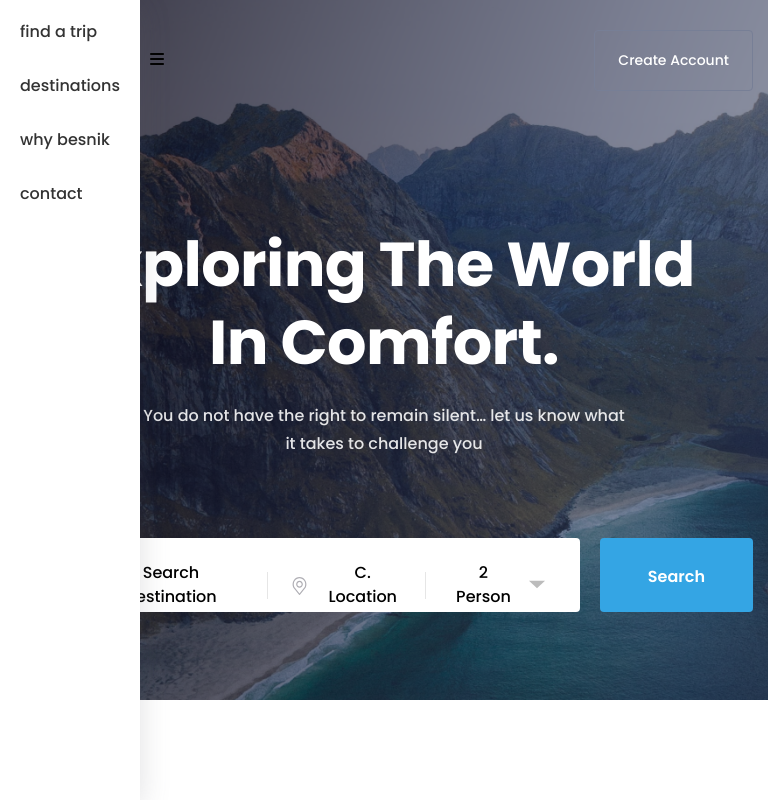
Repository: hoang0508/LandingPage-CodeTravel2
Page: index.html
These files come from the project's save history. The page is drawn as it stood at one moment and after the next save; the edit follows.
The browser window is 768 px wide. The pictures show the whole page.
Some web libraries are served in a nearby version. The style sheet was rebuilt from its Sass, Less or Tailwind sources for each picture, by a compiler version that may differ from the author's.

Above is the page before, as saved 2022-09-16 14:10:43.

### index.html
<!DOCTYPE html>
<html lang="en">
  <head>
    <meta charset="UTF-8" />
    <meta http-equiv="X-UA-Compatible" content="IE=edge" />
    <meta name="viewport" content="width=device-width, initial-scale=1.0" />
    <title>Travale LandingPage</title>
    <link rel="stylesheet" href="https://cdnjs.cloudflare.com/ajax/libs/font-awesome/4.7.0/css/font-awesome.css">
    <link rel="stylesheet" href="./css/style.css" />
  </head>
  <body>
    <div class="wrapper">
      <!-- HEADER -->
      <header class="header">
        <div class="container">
          <div class="header-main">
            <div class="header-logo">
              <img src="./images/Logo.png" alt="Logo" />
            </div>
            <nav class="header-menu">
              <ul class="header-menu--list">
                <li class="header-menu--item">
                  <a href="#" class="header-menu--link">FIND A TRIP</a>
                </li>
                <li class="header-menu--item">
                  <a href="#" class="header-menu--link">DESTINATIONS</a>
                </li>
                <li class="header-menu--item">
                  <a href="#" class="header-menu--link">WHY BESNIK</a>
                </li>
                <li class="header-menu--item">
                  <a href="#" class="header-menu--link">CONTACT</a>
                </li>
              </ul>
              <div class="header-bar">
                <i class="fa-solid fa-bars"></i>
              </div>
            </nav>

            <div class="header-button">
              <button class="button button-acount">Create Account</button>
            </div>
          </div>

          <div class="header-content">
            <h1 class="header-content--title">
              Exploring The World In Comfort.
            </h1>
            <p class="header-content--desc">
              You do not have the right to remain silent… let us know what it
              takes to challenge you
            </p>
            <div class="header-form">
              <div class="header-content--form">
                <div class="form-down">
                  <div class="form-down--col">
                    <div class="form-down--icon">
                      <img src="./images/icon-search.svg" alt="" />
                    </div>
                    <div class="form-down--text form-down--text-border"></div>
                      <span class="form-down--text-txt">Search destination</span>
                    </div>
                  <div class="form-down--col">
                    <div class="form-down--icon">
                      <img src="./images/icon-loacation.svg" alt="" />
                    </div>
                    <span class="form-down--text form-down--text-location">C. Location</span>
                  </div>
                  <div class="form-down--col">
                    <span class="form-down--text">2 Person</span>
                    <div class="form-down--icon">
                      <img src="./images/icon-arrow.svg" alt="" />
                    </div>
                  </div>
                </div>
                </div>
                <button class="button button-search">Search</button>
              </div>
            </div>
          </div>
        </div>
      </header>
    </div>

    <script src="https://kit.fontawesome.com/6ddfb9b121.js" crossorigin="anonymous"></script>
  </body>
</html>

### sass/main.scss
@import "reset";
@import "variable";
@import "typography";
@import "base";
@import "global";
@import "header";

### sass/_reset.scss
*,
*::before,
*::after {
  box-sizing: border-box;
}
* {
  margin: 0;
  padding: 0;
  font: inherit;
}
body {
  line-height: 1.5;
}
img,
picture,
video,
canvas,
svg {
  display: block;
  max-width: 100%;
}
input,
button,
textarea,
select {
  outline: none;
}
p,
h1,
h2,
h3,
h4,
h5,
h6 {
  overflow-wrap: break-word;
}

a {
  text-decoration: none;
}

ul,
li {
  list-style: none;
}

### sass/_variable.scss
$text-white: #fff;
$primary-color: #34a5e4;
$border-gray: #e6e6e6;

### sass/_typography.scss
@font-face {
  font-family: "Poppins";
  src: url("../fonts/Poppins-Regular.ttf") format("opentype");
  font-style: normal;
  font-display: auto;
  font-weight: 400;
}

@font-face {
  font-family: "Poppins";
  src: url("../fonts/Poppins-Light.ttf") format("opentype");
  font-style: normal;
  font-display: auto;
  font-weight: 300;
}

@font-face {
  font-family: "Poppins";
  src: url("../fonts/Poppins-Medium.ttf") format("opentype");
  font-style: normal;
  font-display: auto;
  font-weight: 500;
}

@font-face {
  font-family: "Poppins";
  src: url("../fonts/Poppins-SemiBold.ttf") format("opentype");
  font-style: normal;
  font-display: auto;
  font-weight: 600;
}

@font-face {
  font-family: "Poppins";
  src: url("../fonts/Poppins-Thin.ttf") format("opentype");
  font-style: normal;
  font-display: auto;
  font-weight: 100;
}

@font-face {
  font-family: "Poppins";
  src: url("../fonts/Poppins-Bold.ttf") format("opentype");
  font-style: normal;
  font-display: auto;
  font-weight: 700;
}

### sass/_base.scss
body {
  font-family: "Poppins", sans-serif;
  font-weight: 500;
}

.wrapper {
  max-width: 1600px;
  margin: 0 auto;
}

.container {
  max-width: 1280px;
  margin: 0 auto;
}

@media screen and (max-width: 1023.98px) {
  .container {
    padding: 0 15px;
  }
}

### sass/_global.scss
// Button
button.button {
  display: inline-block;
  border: 0;
  cursor: pointer;
  color: $text-white;
  font-size: 14px;
  &-acount {
    background-color: transparent;
    padding: 19px 23px;
    border: 1.5px solid #777f96;
    border-radius: 4px;
  }
  &-search {
    height: 74px;
    padding: 27px 48px;
    background-color: $primary-color;
    color: $text-white;
    font-size: 16px;
    font-weight: 600;
    border-radius: 4px;
  }
}

### sass/_header.scss
.header {
  background-image: url("../images/header-img.png");
  min-height: 800px;
  background-size: cover;
  background-repeat: repeat;
  padding-top: 30px;
  &-main {
    display: flex;
    align-items: center;
    margin-bottom: 135px;
  }
  &-logo {
    margin-right: 261px;
  }
  &-menu {
    &--list {
      display: flex;
      align-items: center;
      gap: 0 42px;
      margin-right: 225px;
    }
    &--link {
      color: $text-white;
      text-transform: lowercase;
      font-size: 14px;
    }
  }
  &-button {
    margin-left: auto;
  }
  &-form {
    display: flex;
    justify-content: center;
    align-items: center;
    gap: 0 20px;
  }
  &-content {
    text-align: center;
    &--title {
      max-width: 640px;
      width: 100%;
      margin: 0 auto;
      font-size: 62px;
      font-weight: 700;
      color: $text-white;
      margin-bottom: 20px;
      letter-spacing: -0.01em;
      line-height: 78px;
    }
    &--desc {
      max-width: 493px;
      margin: 0 auto;
      color: #ffffff;
      font-weight: 500;
      mix-blend-mode: normal;
      opacity: 0.88;
      line-height: 28px;
      margin-bottom: 80px;
    }
    &--form {
      background-color: #ffffff;
      padding: 23px 35px 24px 41px;
      height: 74px;
      border-radius: 4px;
      box-shadow: 0px 40px 80px -22px rgba(98, 89, 89, 0.09);
      .form-down {
        display: flex;
        align-items: center;
        &--col {
          display: flex;
          align-items: center;
          gap: 0 13px;
          &:nth-child(1) {
            margin-right: 43px;
          }
          &:nth-child(2) {
            position: relative;
            &::before {
              content: "";
              position: absolute;
              width: 1px;
              height: 27px;
              background-color: $border-gray;
              left: -25px;
            }
            &::after {
              content: "";
              position: absolute;
              width: 1px;
              height: 27px;
              background-color: $border-gray;
              right: 0;
            }
          }
          &:nth-child(3) {
            margin-left: 25px;
          }
        }
        &--text-border {
          position: relative;
          &::before {
            position: absolute;
            content: "";
            width: 1px;
            height: 15px;
            background: #e5e5e5;
            top: 50%;
            transform: translateY(-50%);
          }
        }
        &--text-txt {
          margin-right: 4px;
        }
        &--text-location {
          padding-right: 20px;
        }
        &--icon {
          width: 16px;
          height: 16px;
          display: inline-block;
          img {
            width: 100%;
            object-fit: cover;
          }
        }
      }
    }
  }
}

@media screen and (max-width: 1023.98px) {
  .header {
    min-height: 700px;
    &-main {
      align-items: baseline;
    }
    &-logo {
      margin-right: 20px;
    }
    &-menu--list {
      position: fixed;
      max-width: 400px;
      top: 0;
      left: 0;
      bottom: 0;
      background-color: #fff;
      box-shadow: rgba(100, 100, 111, 0.2) 0px 7px 29px 0px;
      display: flex;
      flex-direction: column;
      gap: 30px 0;
      align-items: stretch;
      padding: 20px;
      z-index: 10;
    }
    &-menu--link {
      font-size: 16px;
      color: #333;
    }
  }
}

After the next save:
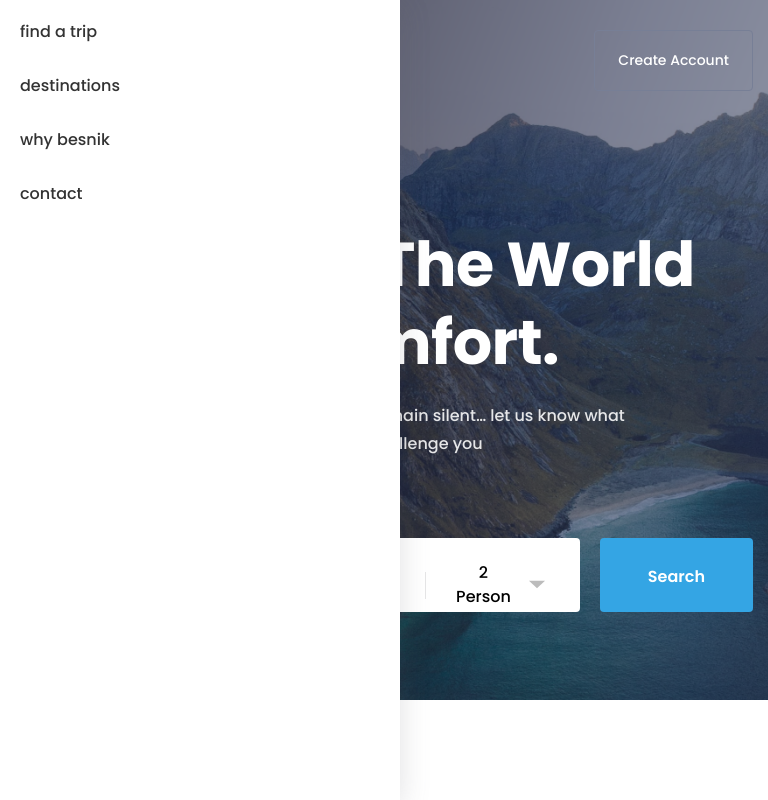
Saved 5 s later.
--- a/sass/_header.scss
+++ b/sass/_header.scss
@@ -140,6 +140,7 @@
     &-menu--list {
       position: fixed;
       max-width: 400px;
+      width: 100%;
       top: 0;
       left: 0;
       bottom: 0;
